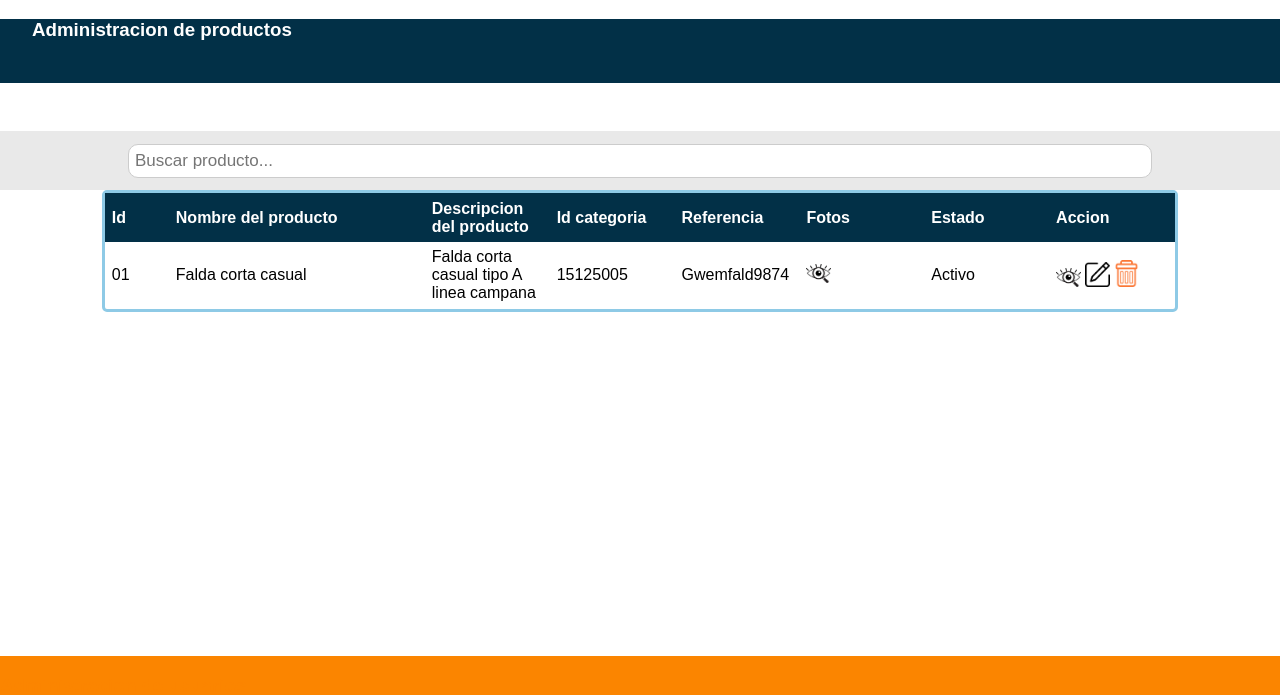
Repository: AlexanderBarona/Proyecto_Ciclo3_Mintic
Page: PaginaWeb/pages/listar_productos.html
An editor plug-in stored every save of this project. The page is shown before and after the next save, followed by the edit.
The browser window is 1280 px wide. The pictures show the whole page.

Above is the page before, as saved 2021-09-30 15:36:51.

After the next save:
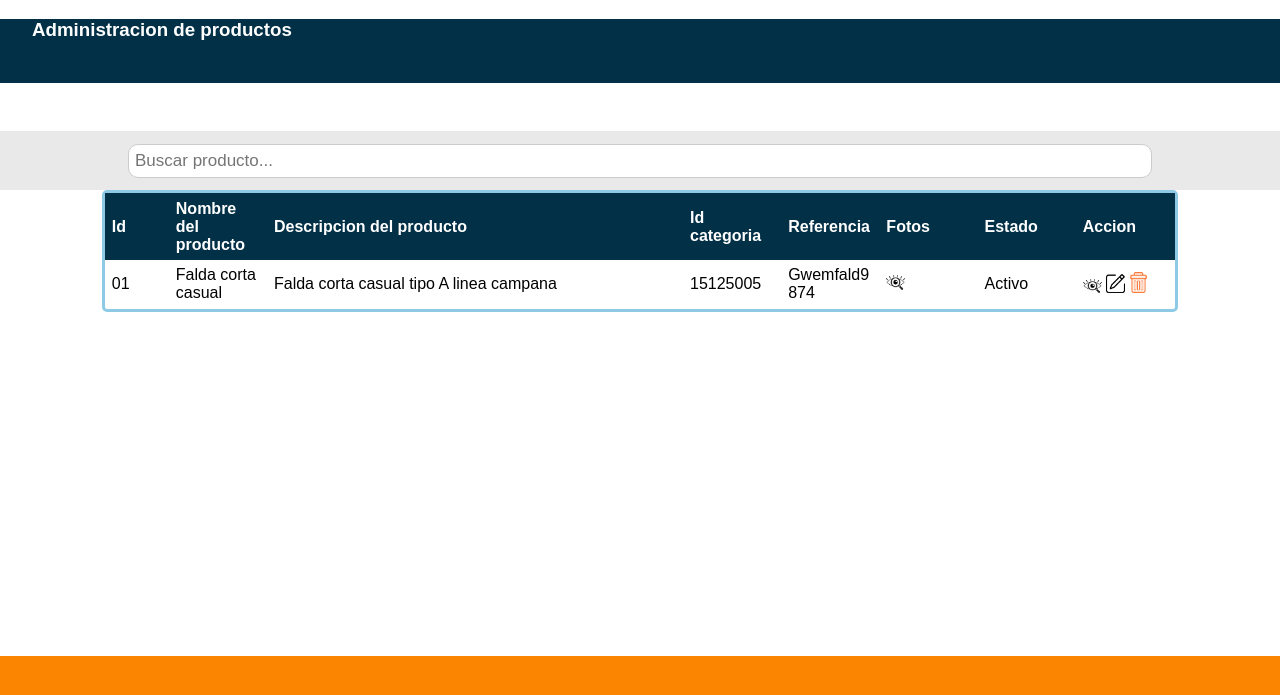
Saved 28 s later.
--- a/PaginaWeb/css/admin_user.css
+++ b/PaginaWeb/css/admin_user.css
@@ -175,8 +175,8 @@ background-color: #ece4e4;
   width: 4em;
 }
 
-.table_entity3 td:nth-child(2) {
-  width: 16em;
+.table_entity3 td:nth-child(3) {
+  width: 26em;
 }
 /* css checkbox */
 
